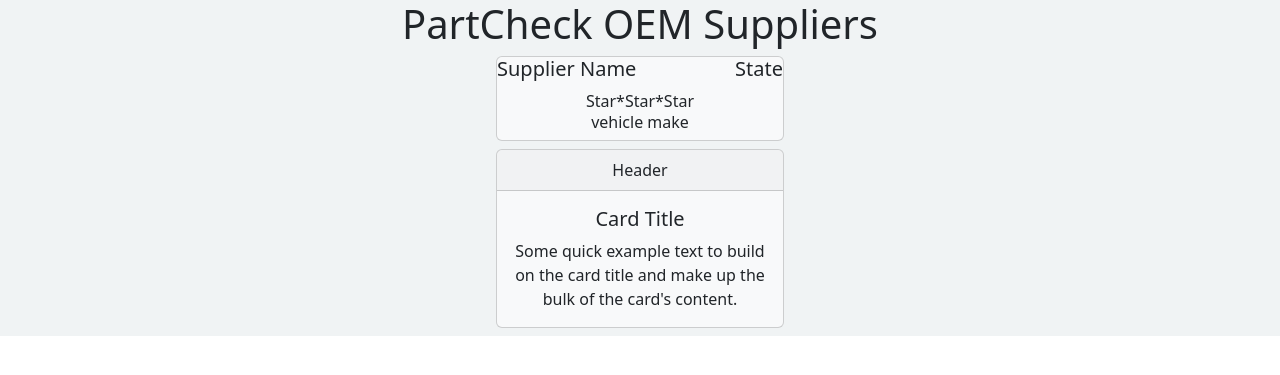
Repository: trungna4699/coding_challenge
Page: /
An editor plug-in stored every save of this project. The page is shown before and after the next save, followed by the edit.
The browser window is 1280 px wide. The pictures show the whole page.
The project was rebuilt for these pictures with package versions that can differ from the ones it lists, and the page was loaded fresh each time.

Above is the page before, as saved 2022-09-01 16:26:22.

After the next save:
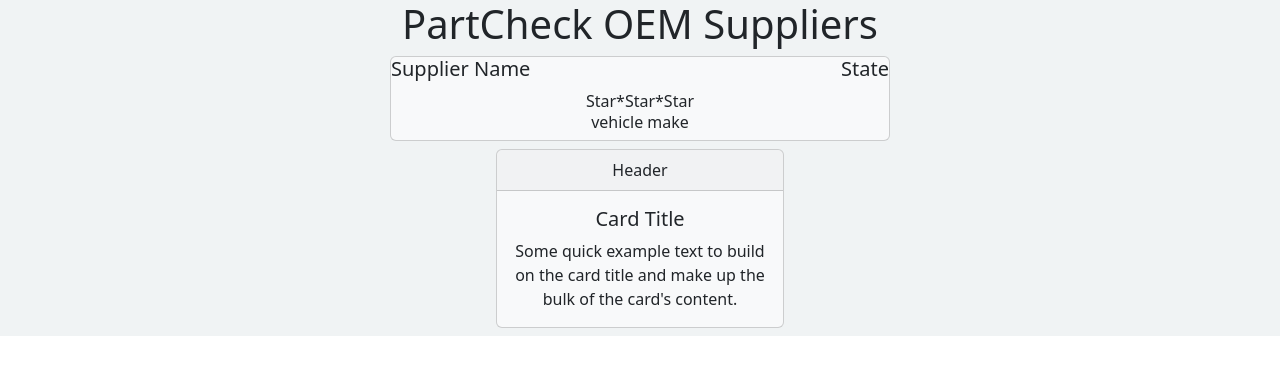
Saved 65 s later.
--- a/src/App.js
+++ b/src/App.js
@@ -15,7 +15,7 @@ function App() {
           bg={"light"}
           // key={variant}
           text={"dark"}
-          style={{ width: '18rem' }}
+          style={{ width: '500px' }}
           className="mb-2"
         >
           <div classname="supplierItems">
